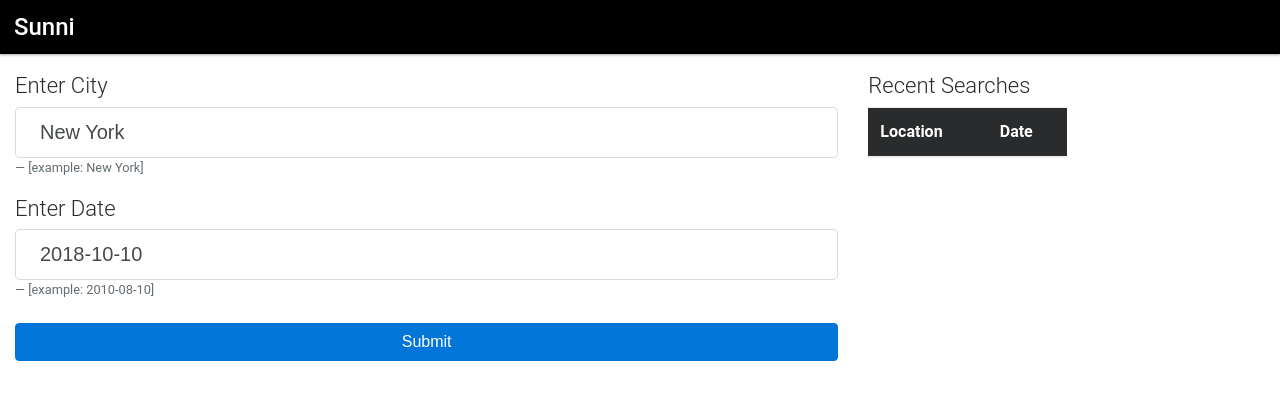
Repository: Oakga/Weather_app
Page: index.html
These files come from the project's save history. The page is drawn as it stood at one moment and after the next save; the edit follows.
The browser window is 1280 px wide. The pictures show the whole page.

Above is the page before, as saved 2017-09-22 07:32:02.

After the next save:
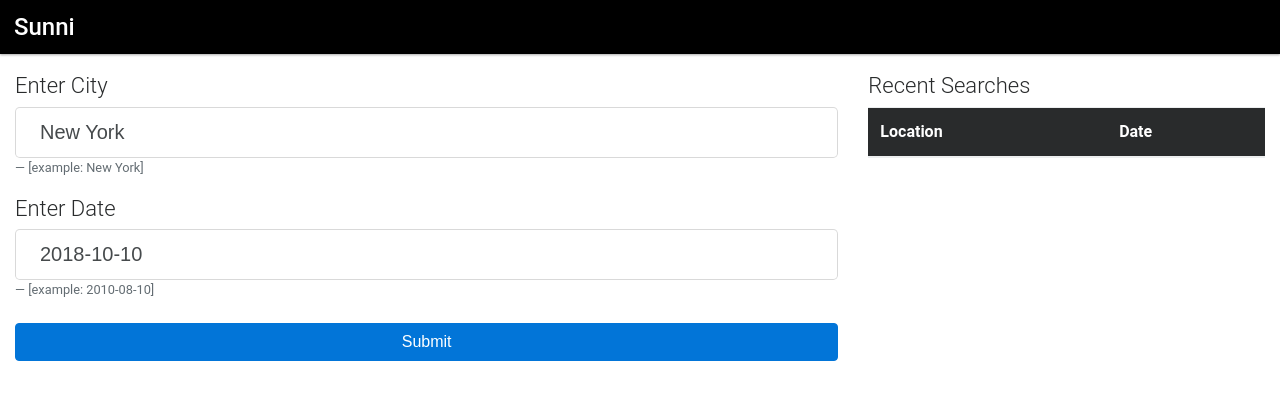
Saved 74 s later.
--- a/css/styles.css
+++ b/css/styles.css
@@ -29,6 +29,6 @@ h2 {
 
 .table {
     border-radius: 5px;
-    width: 50%;
+    width: 100%;
     float: none;
 }
